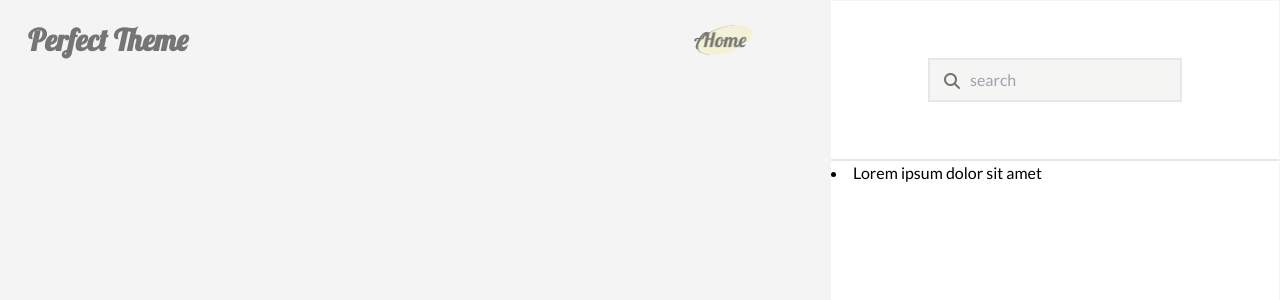
Repository: hsumyatm7308/laravel-blog
Page: blogweb/resources/views/blog/headerlayout.html
An editor plug-in stored every save of this project. The page is shown before and after the next save, followed by the edit.
The browser window is 1280 px wide. The pictures show the whole page.
Some web libraries are served in a nearby version.

Above is the page before, as saved 2023-09-04 19:12:27.

### blogweb/resources/views/blog/headerlayout.html
<!DOCTYPE html>
<html>

<head>
    <title>@yield('title')</title>
    <script src="https://cdn.tailwindcss.com"></script>
    <link rel="stylesheet" href="https://cdnjs.cloudflare.com/ajax/libs/font-awesome/6.4.2/css/all.min.css">

</head>
<style>
    /* for nav  */
    @import url('https://fonts.googleapis.com/css2?family=Lobster&display=swap');
    /* for body  */
    @import url('https://fonts.googleapis.com/css2?family=Lato&display=swap');


    body {
        font-family: 'Lato', sans-serif;
    }

    nav {
        font-family: 'Lobster', cursive;
    }


    .container {
        width: 80%;
        height: auto;
        /* background-color: antiquewhite; */

        display: flex;
        justify-content: center;
        align-items: center;

        position: relative;


    }

    .navlabel {
        position: relative;
        /* background-color: aqua; */
    }

    .lictn {
        position: relative;
    }

    .skewtextctn,
    .skewtextctn2 {
        width: 50px;
        height: 30px;
        border-radius: 100%;
        border-left: 1px solid black;

        position: fixed;
        top: 25px;




        transform: skew(-40deg);

    }

    .skewtextctn {
        left: 700px;
    }

    .skewtextctn2 {
        left: 800px;
    }



    .article {
        position: fixed;
        left: 1px;

        top: 1px;
        transform: skew(40deg);

    }

    .skewtextctn:hover,
    .skewtextctn2:hover {
        transition: all .5s;
        background-color: rgb(51 65 85);
    }

    .skewtextctn:hover .article,
    .skewtextctn2:hover .article {
        color: #000;
    }
</style>

<body class="bg-[#ffff]">
    <nav class="w-[100vw] flex justify-center items-center">
        <h1 class="text-3xl font-semibold">Perfect Theme</h1>

        <div class="w-[80%] h-20 flex justify-center items-center container">
            <div class="flex justify-between items-center list-none navlabel">
                <li class="p-5 mr-4 lictn">
                    <div class="bg-yellow-100 skewtextctn">
                        <a href="" class="text-xl text-black article">Home</a>
                    </div>
                </li>

                <li class="p-5 mr-4">
                    <div class=" active">
                        <a href="" class="text-xl text-black ">Article</a>
                    </div>
                </li>
            </div>


        </div>

        <div class=" menu ">
            <span class="text-xs flex justify-center items-center flex-col">
                <div class="w-10 h-[2px] bg-black"></div>
                <span class="p-1 hover:self-end hover:text-yellow-500"> menu</span>
                <div class="w-10 h-[2px] bg-black font-semibold"></div>
            </span>
        </div>
    </nav>



    <div
        class="menu-modal w-screen bg-[linear-gradient(rgba(233,233,233,.5),rgba(233,233,233,.5))] h-screen absolute left-0 top-0">
        <div class="w-[450px] h-[100vh] bg-white absolute right-0 top-0 border border-slate-100">

            <div class="w-full h-40 border-b border-b-2 flex justify-center items-center">
                <form action="" method="post" class="relative">
                    <i class="fa-solid fa-magnifying-glass text-stone-500 absolute left-4 top-[15px]"></i>
                    <input type="search"
                        class="border-2 px-8 py-2 pl-10 bg-stone-100 font-thin focus:outline-none	focus:border focus:border-amber-300 focus:ring-1 focus:ring-amber-100"
                        placeholder="search">
                </form>
            </div>


            <div>
                <div>
                    <li><a href="">Lorem ipsum dolor sit amet</a></li>
                </div>
            </div>

        </div>

    </div>


    <script>
        var menu = document.querySelector('.menu');
        menu.addEventListener('click', function () {

        })
    </script>
</body>

</html>

After the next save:
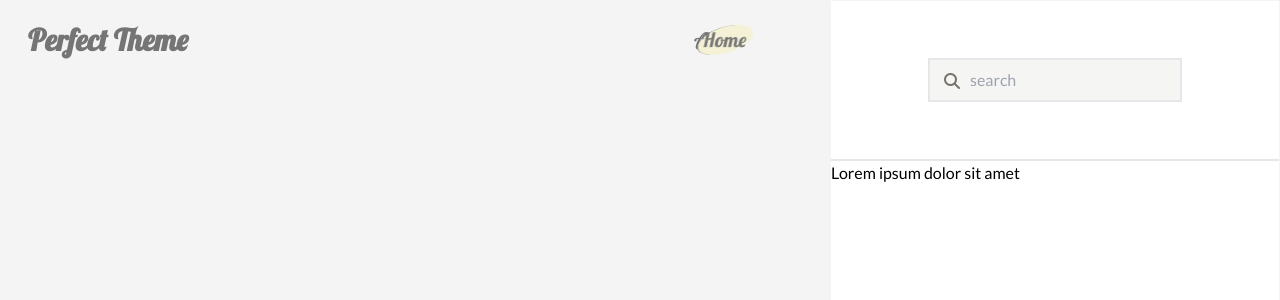
Saved 65 s later.
--- a/blogweb/resources/views/blog/headerlayout.html
+++ b/blogweb/resources/views/blog/headerlayout.html
@@ -143,7 +143,7 @@
 
             <div>
                 <div>
-                    <li><a href="">Lorem ipsum dolor sit amet</a></li>
+                    <li class="list-none"><a href="">Lorem ipsum dolor sit amet</a></li>
                 </div>
             </div>
 
